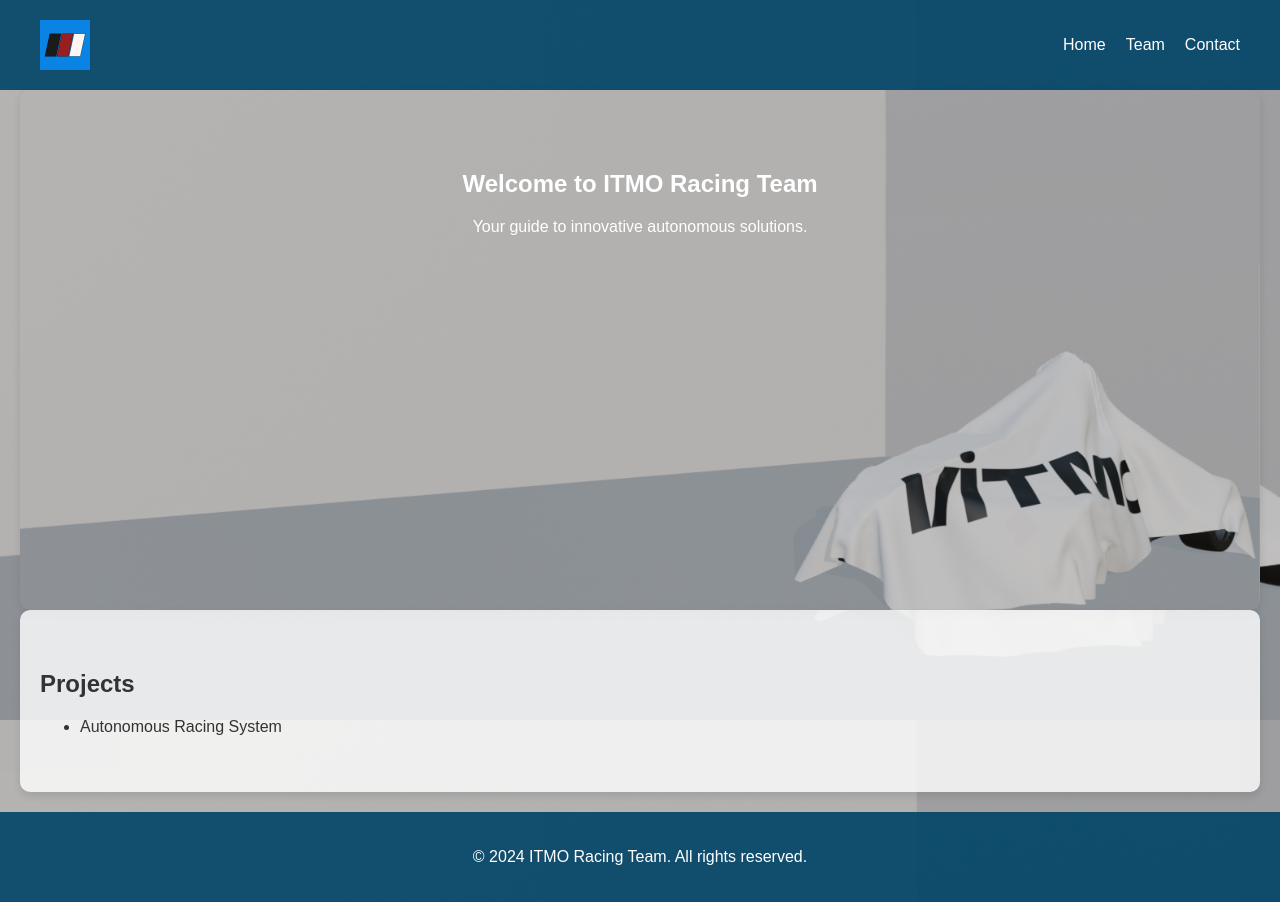
Repository: fs-itmo/fs-itmo.github.io
Page: index.html
An editor plug-in stored every save of this project. The page is shown before and after the next save, followed by the edit.
The browser window is 1280 px wide. The pictures show the whole page.
Backgrounds fixed to the window are drawn as part of the page.

Above is the page before, as saved 2024-12-30 14:05:04.

### index.html
<!DOCTYPE html>
<html lang="en">
<head>
    <meta charset="UTF-8">
    <meta name="viewport" content="width=device-width, initial-scale=1.0">
    <title>Autonomous Systems</title>
    <link rel="stylesheet" href="css/style.css">
</head>
<body>
    <header>
        <div class="container">
            <img src="assets/images/logo.png" alt="Logo" class="logo">
            <nav>
                <ul>
                    <li><a href="#home">Home</a></li>
                    <!-- <li><a href="#about">About</a></li> -->
                    <li><a href="./_pages/team.html">Team</a></li>
                    <!-- <li><a href="#projects">Projects</a></li> -->
                    <li><a href="#contact">Contact</a></li>
                </ul>
            </nav>
        </div>
    </header>

    <section id="home">
        <h1>Welcome to ITMO Racing Team</h1>
        <p>Your guide to innovative autonomous solutions.</p>
    </section>

    <!-- <section id="about">
        <h2>About Us</h2>
        <p>We are dedicated to exploring and advancing autonomous systems for diverse applications.</p>
    </section> -->

    <section id="projects">
        <h2>Projects</h2>
        <ul>
            <li>Autonomous Racing System</li>
            <!-- <li>Swarm Robotics</li>
            <li>AI-Driven Drones</li> -->
        </ul>
    </section>

    <!-- <section id="contact">
        <h2>Contact Us</h2>
        <p>Email: <a href="mailto:contact@autonomous-systems.com">contact@autonomous-systems.com</a></p>
    </section> -->

    <footer>
        <p>&copy; 2024 ITMO Racing Team. All rights reserved.</p>
    </footer>
</body>
</html>

### css/style.css
body {
    font-family: Arial, sans-serif;
    margin: 0;
    padding: 0;
    color: #333;
    background: url('assets/images/title.png') no-repeat center center fixed;
    background-size: cover;
}

header {
    background-color: rgba(0, 68, 102, 0.9);
    padding: 20px 0;
}

header .container {
    display: flex;
    justify-content: space-between;
    align-items: center;
    max-width: 1200px;
    margin: 0 auto;
    padding: 0 20px;
}

header .logo {
    max-height: 50px;
}

header nav ul {
    list-style: none;
    display: flex;
    margin: 0;
    padding: 0;
}

header nav ul li {
    margin-left: 20px;
}

header nav ul li a {
    text-decoration: none;
    color: white;
    font-size: 16px;
}

section {
    padding: 40px 20px;
    max-width: 1200px;
    margin: 0 auto;
    background: rgba(255, 255, 255, 0.8);
    border-radius: 10px;
    box-shadow: 0 4px 8px rgba(0, 0, 0, 0.1);
}

/* section#home {
    background: rgba(244, 244, 244, 0.9);
    text-align: center;
    padding: 60px 20px;
    border-radius: 10px;
} */

section#home {
    background: url("../assets/images/title.png") no-repeat center center/cover;
    color: white; /* Текст белого цвета для контраста */
    text-align: center;
    padding: 60px 20px;
    min-height: 400px; /* Устанавливаем минимальную высоту секции */
}

footer {
    background-color: rgba(0, 68, 102, 0.9);
    color: white;
    text-align: center;
    padding: 20px 0;
    margin-top: 20px;
}

After the next save:
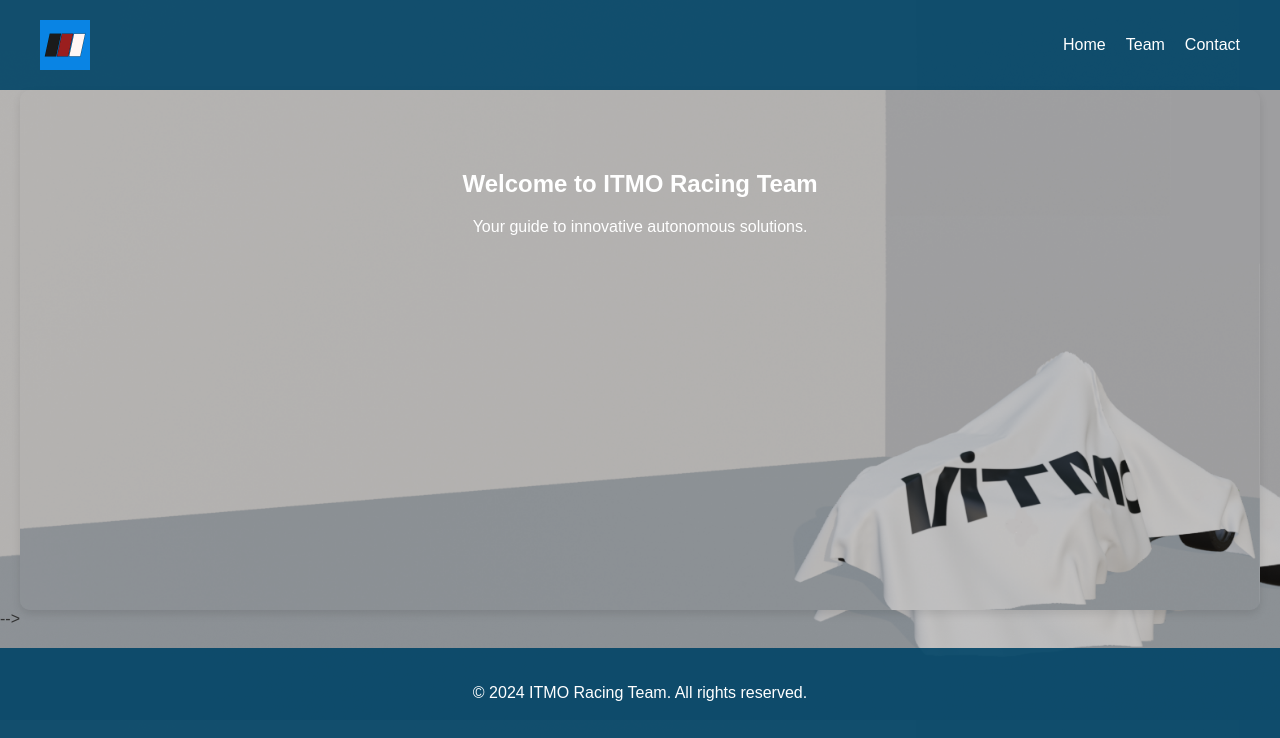
Saved 4 s later.
--- a/index.html
+++ b/index.html
@@ -32,14 +32,14 @@
         <p>We are dedicated to exploring and advancing autonomous systems for diverse applications.</p>
     </section> -->
 
-    <section id="projects">
+    <!-- <section id="projects">
         <h2>Projects</h2>
         <ul>
             <li>Autonomous Racing System</li>
             <!-- <li>Swarm Robotics</li>
             <li>AI-Driven Drones</li> -->
         </ul>
-    </section>
+    </section> -->
 
     <!-- <section id="contact">
         <h2>Contact Us</h2>
